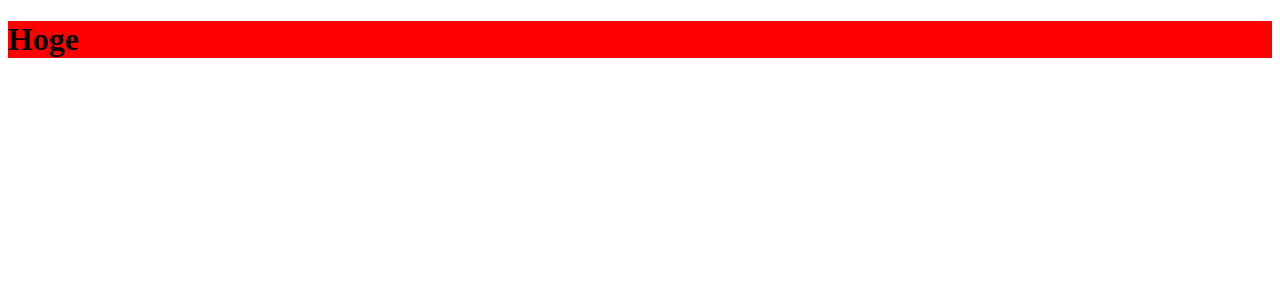
Repository: IkutoHiroki/samurai_HTML_CSS
Page: home4.html
The author's editor kept a record of every edit. The page is drawn from the files as they stood at one moment, then again after the next edit.
The browser window is 1280 px wide. The pictures show the whole page.

Above is the page before.

After the next edit:
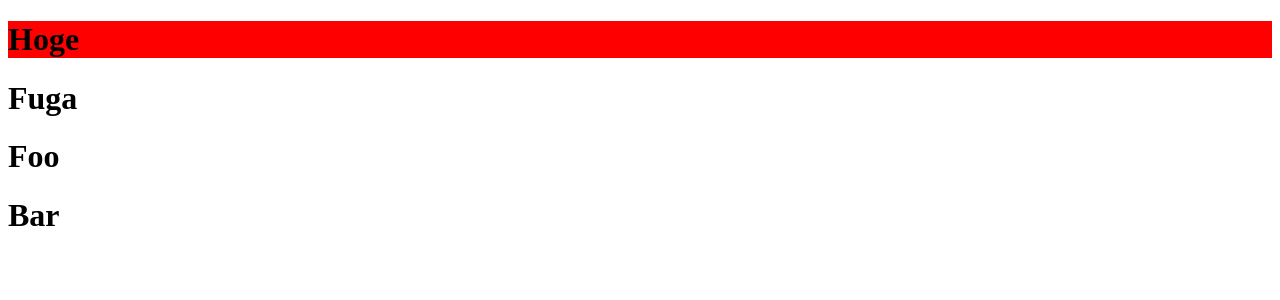
The edit:
--- a/home4.html
+++ b/home4.html
@@ -11,8 +11,8 @@
 </head>
 <body>
     <h1>Hoge</h1>
-    <h1></h1>
-    <h1></h1>
-    <h1></h1>
+    <h1>Fuga</h1>
+    <h1>Foo</h1>
+    <h1>Bar</h1>
 </body>
 </html>
